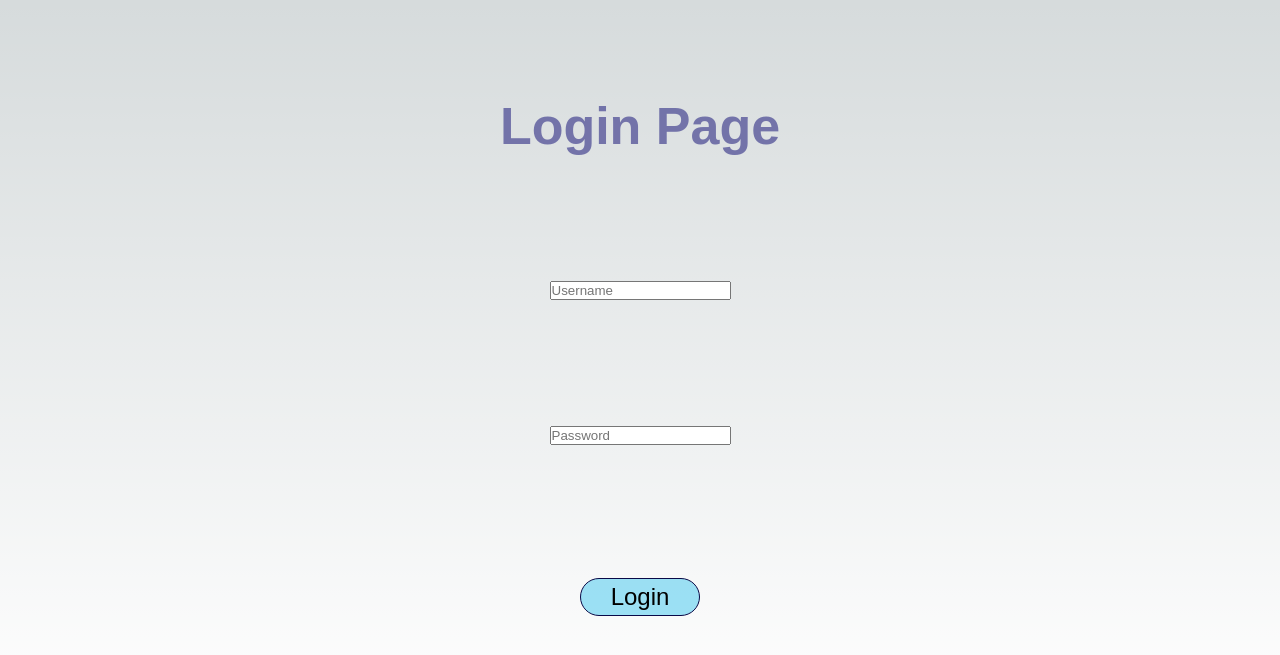
Repository: SaraShio/counter
Page: /
The author's editor kept a copy of each file at every save. The page is drawn from the files as they stood at one save, then again after the next save.
The browser window is 1280 px wide. The pictures show the whole page.
The project was rebuilt for these pictures with package versions that can differ from the ones it lists, and the page was loaded fresh each time. The framework's server and built-in components were replaced by stand-ins that run in the browser. Also part of the build but not shown: next.config.js.

Above is the page before, as saved 2023-01-15 22:38:21.

After the next save:
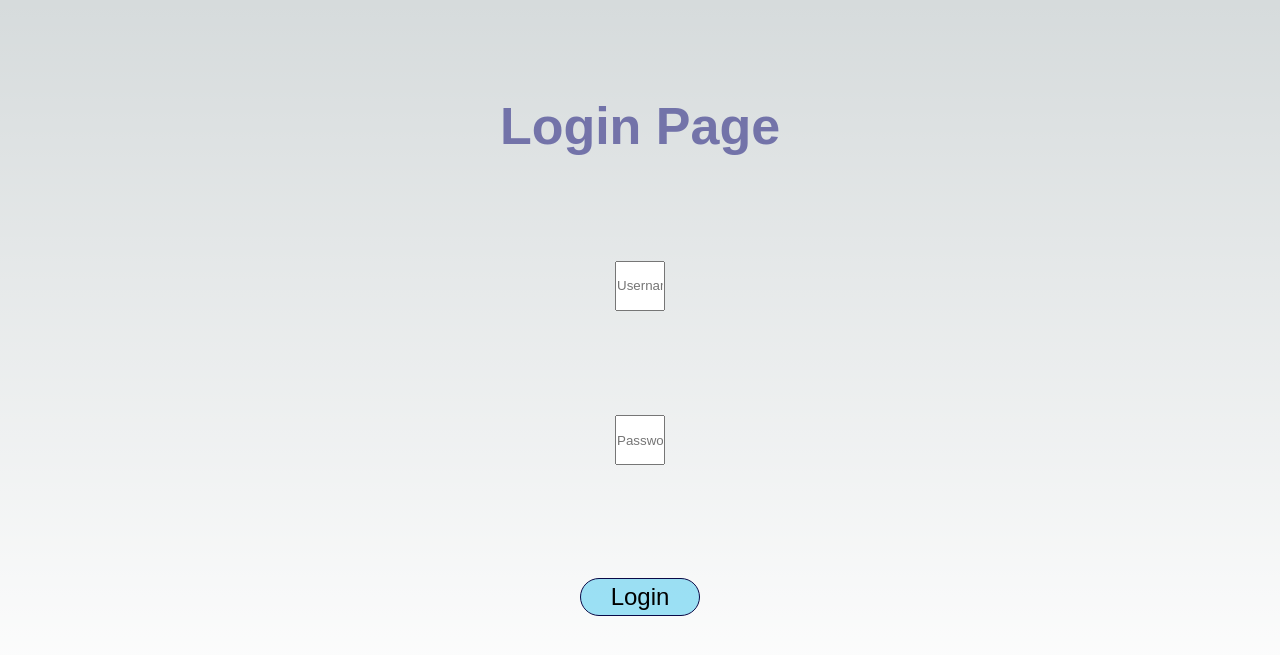
Saved 50 s later.
--- a/styles/Home.module.css
+++ b/styles/Home.module.css
@@ -15,6 +15,10 @@
   font-weight: bold;
 }
 
+.main>input {
+  width: 50px;
+  height: 50px;
+}
 
 .submit {
   background-color: var(--light-blue);
